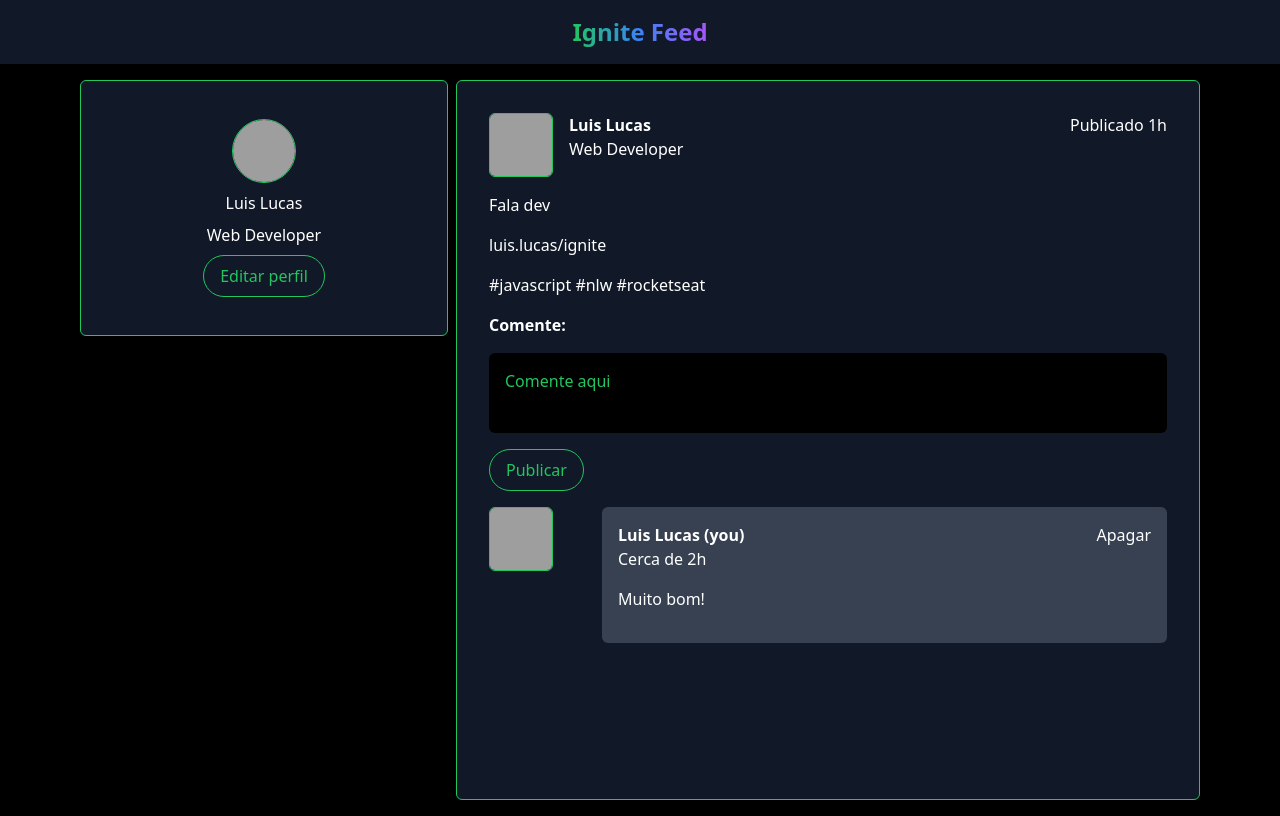
Repository: LuisSempre/ignite-feed
Page: /
The author's editor kept a copy of each file at every save. The page is drawn from the files as they stood at one save, then again after the next save.
The browser window is 1280 px wide. The pictures show the whole page.
Pictures or frames that could not be fetched are drawn as grey boxes. The project was rebuilt for these pictures with package versions that can differ from the ones it lists, and the page was loaded fresh each time. Also part of the build but not shown: vite.config.js.

Above is the page before, as saved 2022-07-14 21:43:11.

After the next save:
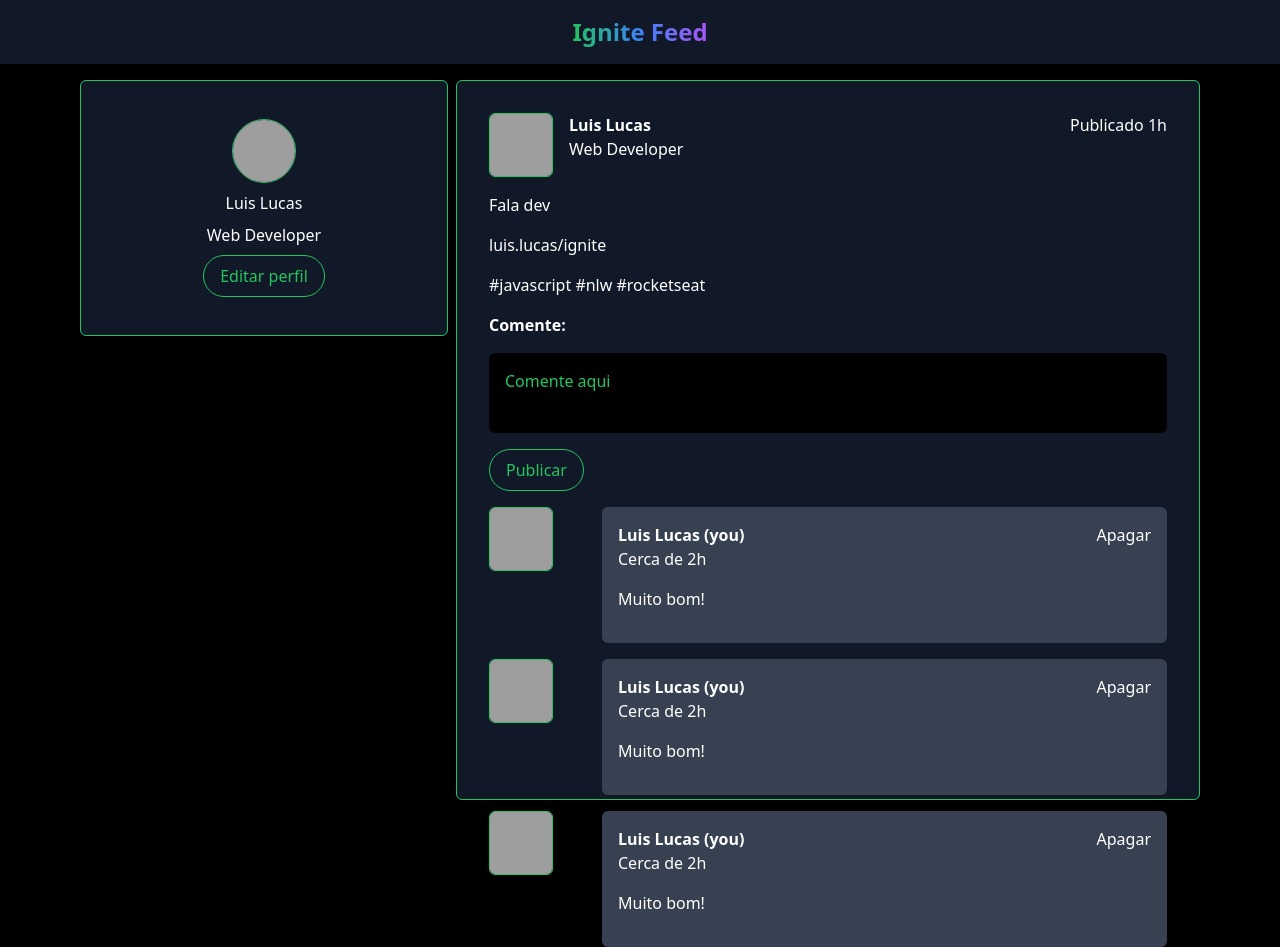
Saved 71 s later.
--- a/src/Components/Post.jsx
+++ b/src/Components/Post.jsx
@@ -39,6 +39,8 @@ export function Post() {
           </button>
       </form>
       <Comment />
+      <Comment />
+      <Comment />
     </div>
   );
 }
